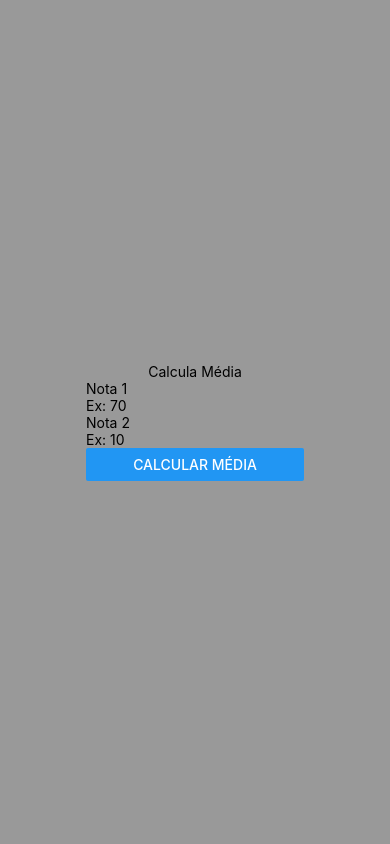
Repository: israelidq/ds151_israel_quadros
Screen: /
The author's editor kept a copy of each file at every save. The screen is drawn from the files as they stood at one save, then again after the next save.
The app was drawn by React Native's web renderer in a window 390 px wide. The project was rebuilt for these pictures with package versions that can differ from the ones it lists, and the page was loaded fresh each time.

Above is the screen before, as saved 2023-08-20 23:53:52.

After the next save:
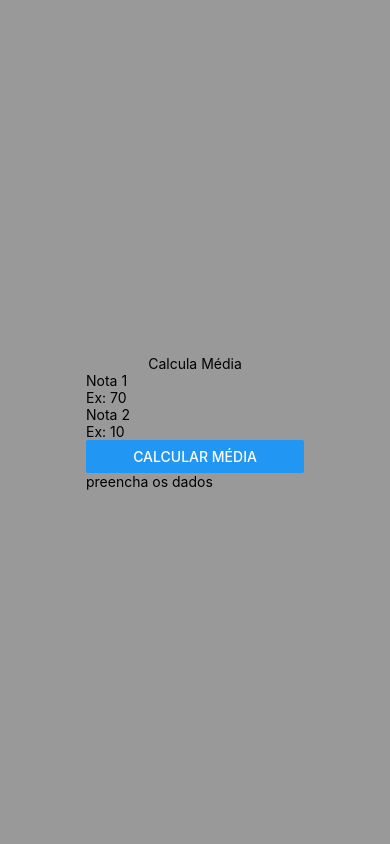
Saved 83 s later.
--- a/src/components/result/index.js
+++ b/src/components/result/index.js
@@ -4,8 +4,8 @@ import React, { useState } from "react";
 export default function ResultMedia(props) {
     return (
         <View>
-            <Text>{props.resultMedia}</Text>
-            <Text>{props.messageResultMedia}</Text>
+            <Text>{props.resultmedia}</Text>
+            <Text>{props.messageResultmedia}</Text>
         </View>
     );
 }
